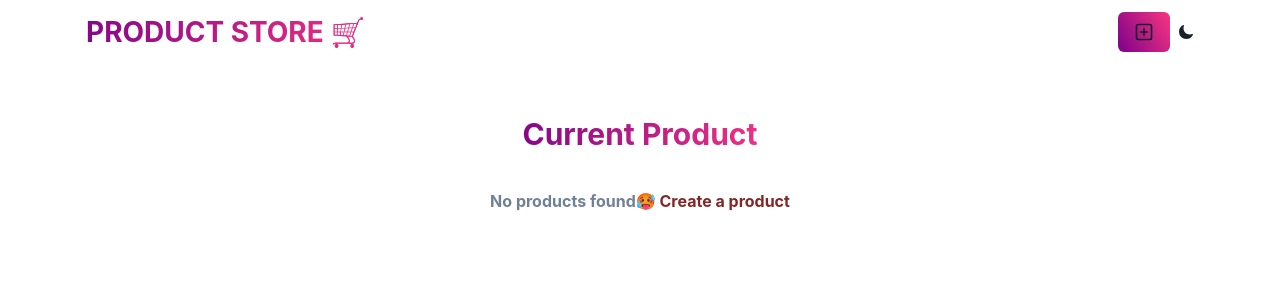
Repository: xiaojing168jmg168/MERN-API
Page: / (app in frontend/)
An editor plug-in stored every save of this project. The page is shown before and after the next save, followed by the edit.
The browser window is 1280 px wide. The pictures show the whole page.
The project was rebuilt for these pictures with package versions that can differ from the ones it lists, and the page was loaded fresh each time. Also part of the build but not shown: frontend/vite.config.js, frontend/src/store/product.js, frontend/src/pages/CreatePage.jsx.

Above is the page before, as saved 2025-01-29 12:12:00.

After the next save:
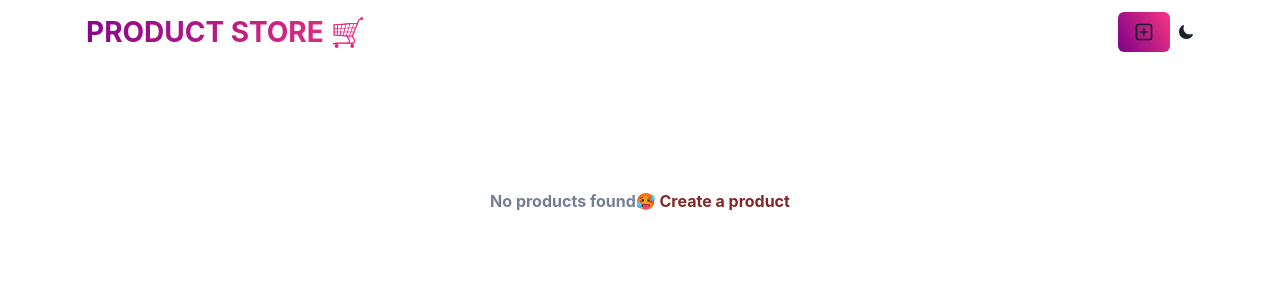
Saved 46 s later.
--- a/frontend/src/pages/HomePage.jsx
+++ b/frontend/src/pages/HomePage.jsx
@@ -7,7 +7,7 @@
         <Text
           fontSize={"30"}
           fontWeight={"bold"}
-          bgGradient={"linear(to-r, rgb(135, 7, 137), rgb(237, 48, 130))"}
+          // bgGradient={"linear(to-r, rgb(135, 7, 137), rgb(237, 48, 130))"}
           bgClip={"text"}
           textAlign={"center"}
         >

After the save that followed:
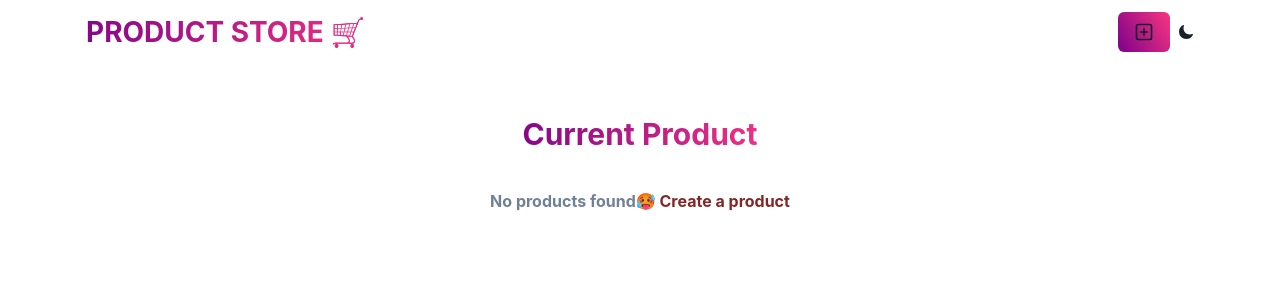
Saved 25 s later.
--- a/frontend/src/pages/HomePage.jsx
+++ b/frontend/src/pages/HomePage.jsx
@@ -7,7 +7,7 @@
         <Text
           fontSize={"30"}
           fontWeight={"bold"}
-          // bgGradient={"linear(to-r, rgb(135, 7, 137), rgb(237, 48, 130))"}
+          bgGradient={"linear(to-r, rgb(135, 7, 137), rgb(237, 48, 130))"}
           bgClip={"text"}
           textAlign={"center"}
         >
